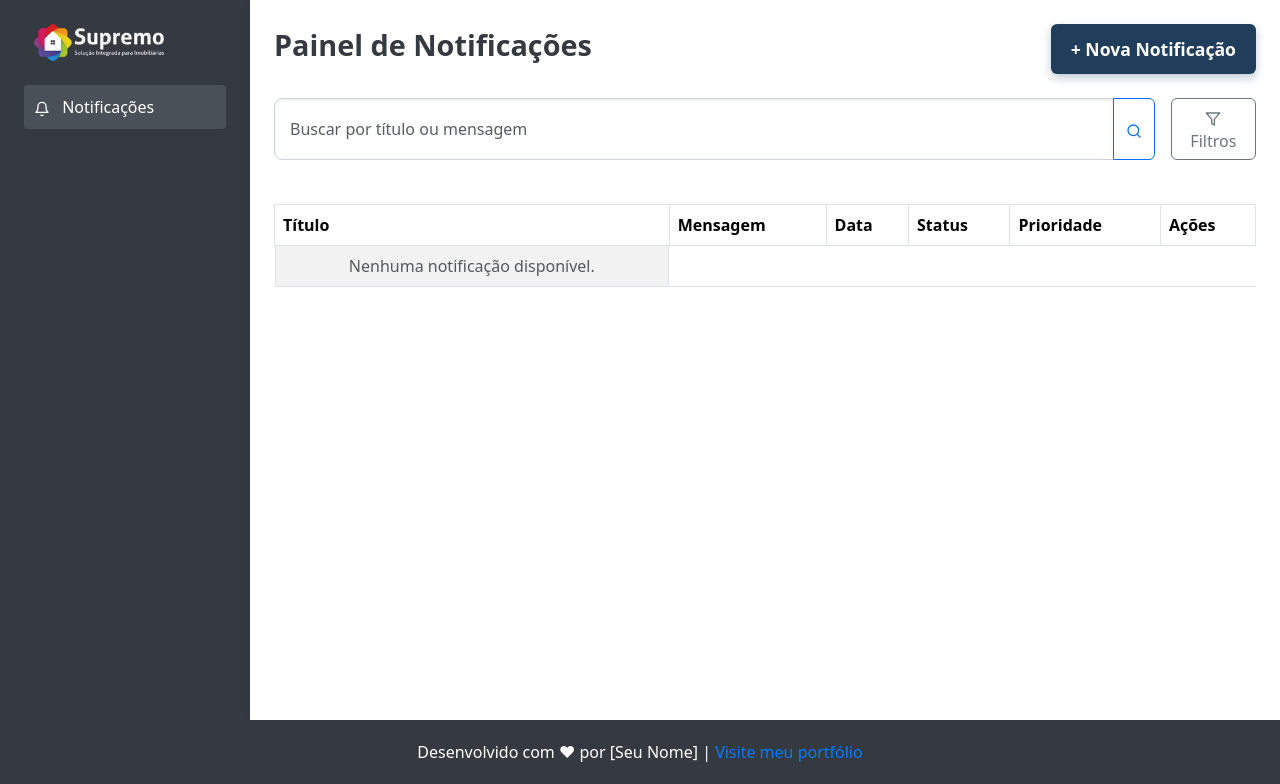
Repository: ryanmarinhodev/Supremo-teste-tecnico
Page: /notifications
The author's editor kept a copy of each file at every save. The page is drawn from the files as they stood at one save, then again after the next save.
The browser window is 1280 px wide. The pictures show the whole page.
The project was rebuilt for these pictures with package versions that can differ from the ones it lists, and the page was loaded fresh each time. Also part of the build but not shown: src/App.css, src/Components/Login/index.jsx.

Above is the page before, as saved 2024-11-07 19:49:42.

### src/App.js
import { BrowserRouter, Routes, Route } from "react-router-dom";
import "./App.css";
import Login from "./Components/Login";
import NotificationsPage from "./Components/Notifications/homeNotification";

const App = () => {
  return (
    <BrowserRouter>
      <Routes>
        <Route path="/" element={<Login />} />
        <Route path="/notifications" element={<NotificationsPage />} />
      </Routes>
    </BrowserRouter>
  );
};

export default App;

### src/Components/Notifications/homeNotification.jsx
import React, { useState } from "react";
import Menu from "./menu";
import Buscar from "./buscar";
import TabelaNotificacoes from "./tabelaNotificacoes";
import ModalNotificacao from "./modalNotificacao";
import Footer from "./footer";
import "./notification.css";
import { Button } from "react-bootstrap";

const HomeNotification = () => {
  const [notifications, setNotifications] = useState([]);
  const [showModal, setShowModal] = useState(false);
  const [search, setSearch] = useState("");
  const [currentNotification, setCurrentNotification] = useState({
    id: null,
    title: "",
    message: "",
    date: "",
    status: "Não Lida",
    priority: "Normal",
  });

  const getCurrentDate = () => {
    const today = new Date();
    return today.toISOString().split("T")[0];
  };

  const openModal = (
    notification = {
      title: "",
      message: "",
      date: getCurrentDate(),
      status: "Não Lida",
      priority: "Normal",
    }
  ) => {
    setCurrentNotification(notification);
    setShowModal(true);
  };

  const closeModal = () => {
    setShowModal(false);
    setCurrentNotification({
      id: null,
      title: "",
      message: "",
      date: getCurrentDate(),
      status: "Não Lida",
      priority: "Normal",
    });
  };

  const handleChange = (e) => {
    const { name, value } = e.target;
    setCurrentNotification((prev) => ({ ...prev, [name]: value }));
  };

  const handleSubmit = () => {
    if (currentNotification.id) {
      setNotifications((prev) =>
        prev.map((notif) =>
          notif.id === currentNotification.id ? currentNotification : notif
        )
      );
    } else {
      setNotifications((prev) => [
        ...prev,
        { ...currentNotification, id: Date.now() },
      ]);
    }
    closeModal();
  };

  const handleDelete = (id) => {
    setNotifications((prev) => prev.filter((notif) => notif.id !== id));
  };

  const markAsRead = (id) => {
    setNotifications((prev) =>
      prev.map((notif) =>
        notif.id === id ? { ...notif, status: "Lida" } : notif
      )
    );
  };

  const filteredNotifications = notifications.filter(
    (notif) =>
      notif.title.toLowerCase().includes(search.toLowerCase()) ||
      notif.message.toLowerCase().includes(search.toLowerCase())
  );
  return (
    <>
      <div className="dashboard-container d-flex">
        <Menu />
        <div className="content flex-grow-1 p-4">
          <header className="d-flex justify-content-between align-items-center mb-4">
            <h2 className="page-title">Painel de Notificações</h2>
            <Button variant="primary" onClick={() => openModal()}>
              + Nova Notificação
            </Button>
          </header>

          <Buscar search={search} setSearch={setSearch} />

          <TabelaNotificacoes
            notifications={filteredNotifications}
            openModal={openModal}
            handleDelete={handleDelete}
            markAsRead={markAsRead}
          />

          <ModalNotificacao
            showModal={showModal}
            closeModal={closeModal}
            currentNotification={currentNotification}
            handleChange={handleChange}
            handleSubmit={handleSubmit}
          />
        </div>
      </div>
      <Footer />
    </>
  );
};

export default HomeNotification;

### src/Components/Login/styles.css
:root {
    --primary-color: #203d5c;
    --secondary-color: #adb5bd;
    --hover-color: #182533;
    --background-overlay: rgba(0, 0, 0, 0.4);
    --box-shadow: 0 4px 10px rgba(47, 84, 122, 0.3);
}

.login-container {
    background: url('https://wallpapers.com/images/hd/4k-architecture-yellow-glass-building-6d7nbmyltxlyxxv8.jpg') no-repeat center center;
    background-size: cover;
    min-height: 100vh;
    padding: 20px;
    display: flex;
    align-items: center;
    justify-content: center;
    position: relative;
}

.login-container::before {
    content: '';
    position: absolute;
    top: 0;
    left: 0;
    right: 0;
    bottom: 0;
    background: var(--background-overlay);
    z-index: 1;
}

.login-card {
    width: 100%;
    max-width: 600px;
    background-color: #ffff;
    border-radius: 12px;
    box-shadow: var(--box-shadow);
    border: 1px solid rgba(0, 0, 0, 0.05);
    transition: transform 0.3s ease, box-shadow 0.3s ease;
    position: relative;
    z-index: 2;
    padding: 40px;
    animation: fadeIn 0.6s ease;
    align-items: center;
    text-align: center;
}

.login-card:hover {
    transform: translateY(-5px);
    box-shadow: 0 15px 40px rgba(0, 0, 0, 0.3);
}


.logo {
    width: 100px;
    height: auto;
    margin-bottom: 20px;
}

.text-center {
    display: flex;
    flex-direction: column;
    align-items: center;
}

.login-title {
    font-size: 2rem;
    font-weight: 700;
    color: #000;
    margin-top: 10px;
    margin-bottom: 10px;
    font-family: 'Poppins', sans-serif;
}

.title-underline {
    width: 60px;
    height: 4px;
    background-color: #495f75;
    margin: 0 auto 20px auto;
    border-radius: 2px;
}

.subtitle {
    font-size: 1rem;
    color: #e0e0e0;
    text-align: center;
    margin-bottom: 30px;
    font-weight: 400;
}


.form-control {
    border-radius: 8px;
    padding: 15px;
    font-size: 1rem;
    border: 1px solid #ced4da;
    box-shadow: inset 0 1px 3px rgba(0, 0, 0, 0.1);
    transition: border-color 0.3s ease, box-shadow 0.3s ease;
}

.form-control:focus {
    border-color: var(--primary-color);
    box-shadow: 0 0 0 0.2rem rgba(89, 124, 161, 0.25);
}

/* Botão de login com estilo profissional */
.btn-primary {
    background-color: var(--primary-color);
    border: none;
    font-size: 1.1rem;
    font-weight: 600;
    padding: 12px 20px;
    border-radius: 6px;
    transition: background-color 0.3s ease, transform 0.2s ease;
    box-shadow: var(--box-shadow);
}

.btn-primary:hover {
    background-color: var(--hover-color);
    transform: scale(1.03);
}

/* Link "Esqueci a senha" com estilo sutil */
.text-secondary {
    color: var(--secondary-color) !important;
    font-size: 0.9rem;
}

.text-secondary:hover {
    color: #000 !important;
    text-decoration: underline;
}

/* Altera a cor de fundo e da borda do checkbox quando marcado */
.form-check-input:checked {
    background-color: var(--hover-color);
    border-color: var(--secondary-color);
}

.form-check-input:focus {
    box-shadow: none;
}

/* Efeito de transição suave ao aparecer o card */
@keyframes fadeIn {
    from {
        opacity: 0;
        transform: scale(0.9);
    }
    to {
        opacity: 1;
        transform: scale(1);
    }
}

@media (max-width: 768px) {
    .login-card {
        max-width: 90%;
        padding: 20px;
        border-radius: 8px;
    }

    .login-title {
        font-size: 1.5rem;
    }

    .subtitle {
        font-size: 0.9rem;
    }

    .logo {
        width: 80px;
    }

    .form-control {
        padding: 10px;
        font-size: 0.9rem;
    }

    .btn-primary {
        font-size: 1rem;
        padding: 10px;
    }

    .title-underline {
        width: 50px;
        height: 3px;
    }
}

### src/Components/Notifications/menu.jsx
import React from "react";
import { FiBell } from "react-icons/fi";
import Logo from "../../assets/logo-supremo-branco.png";

const Sidebar = () => (
  <aside className="sidebar p-4">
    <img src={Logo} alt="Logotipo Supremo" className="logo" />
    <ul className="nav flex-column mt-4">
      <li className="nav-item mb-2">
        <a href="/notifications" className="nav-link active">
          <FiBell className="me-2" /> Notificações
        </a>
      </li>
    </ul>
  </aside>
);

export default Sidebar;

### src/Components/Notifications/buscar.jsx
import React from "react";
import { InputGroup, FormControl, Button } from "react-bootstrap";
import { FiSearch, FiFilter } from "react-icons/fi";

const BarraBusca = ({ search, setSearch }) => (
  <div className="d-flex mb-4">
    <InputGroup className="me-2">
      <FormControl
        placeholder="Buscar por título ou mensagem"
        value={search}
        onChange={(e) => setSearch(e.target.value)}
      />
      <Button variant="outline-primary">
        <FiSearch />
      </Button>
    </InputGroup>
    <Button variant="outline-secondary" className="ms-2">
      <FiFilter /> Filtros
    </Button>
  </div>
);

export default BarraBusca;

### src/Components/Notifications/tabelaNotificacoes.jsx
import React from "react";
import { Table, Button, Badge } from "react-bootstrap";
import { FiEdit, FiTrash2, FiCheckCircle } from "react-icons/fi";

const TabelaNotificacoes = ({
  notifications,
  openModal,
  handleDelete,
  markAsRead,
}) => (
  <Table striped bordered hover responsive>
    <thead>
      <tr>
        <th>Título</th>
        <th>Mensagem</th>
        <th>Data</th>
        <th>Status</th>
        <th>Prioridade</th>
        <th>Ações</th>
      </tr>
    </thead>
    <tbody>
      {notifications.length > 0 ? (
        notifications.map((notification) => (
          <tr key={notification.id}>
            <td>{notification.title}</td>
            <td>{notification.message}</td>
            <td>{notification.date}</td>
            <td>
              <Badge
                bg={notification.status === "Não Lida" ? "warning" : "success"}
              >
                {notification.status}
              </Badge>
            </td>
            <td>
              <Badge bg={notification.priority === "Alta" ? "danger" : "info"}>
                {notification.priority}
              </Badge>
            </td>
            <td>
              <Button
                variant="outline-secondary"
                size="sm"
                className="me-2"
                onClick={() => openModal(notification)}
              >
                <FiEdit /> Editar
              </Button>
              <Button
                variant="outline-danger"
                size="sm"
                onClick={() => handleDelete(notification.id)}
              >
                <FiTrash2 /> Excluir
              </Button>
              {notification.status === "Não Lida" && (
                <Button
                  variant="outline-success"
                  size="sm"
                  className="ms-2"
                  onClick={() => markAsRead(notification.id)}
                >
                  <FiCheckCircle /> Marcar como Lida
                </Button>
              )}
            </td>
          </tr>
        ))
      ) : (
        <tr>
          <td colSpan="6" className="text-center text-muted">
            Nenhuma notificação disponível.
          </td>
        </tr>
      )}
    </tbody>
  </Table>
);

export default TabelaNotificacoes;

### src/Components/Notifications/modalNotificacao.jsx
import React from "react";
import { Modal, Button, Form } from "react-bootstrap";

const ModalNotificacao = ({
  showModal,
  closeModal,
  currentNotification,
  handleChange,
  handleSubmit,
}) => {
  return (
    <Modal show={showModal} onHide={closeModal}>
      <Modal.Header closeButton>
        <Modal.Title>
          {currentNotification.id
            ? "Editar Notificação"
            : "Cadastrar Notificação"}
        </Modal.Title>
      </Modal.Header>
      <Modal.Body>
        <Form>
          <Form.Group className="mb-3">
            <Form.Label>Título</Form.Label>
            <Form.Control
              type="text"
              placeholder="Título da Notificação"
              name="title"
              value={currentNotification.title}
              onChange={handleChange}
            />
          </Form.Group>
          <Form.Group className="mb-3">
            <Form.Label>Mensagem</Form.Label>
            <Form.Control
              as="textarea"
              rows={3}
              placeholder="Mensagem da Notificação"
              name="message"
              value={currentNotification.message}
              onChange={handleChange}
            />
          </Form.Group>
          <Form.Group className="mb-3">
            <Form.Label>Data de Envio</Form.Label>
            <Form.Control
              type="date"
              name="date"
              value={currentNotification.date}
              onChange={handleChange}
            />
          </Form.Group>
          <Form.Group className="mb-3">
            <Form.Label>Prioridade</Form.Label>
            <Form.Select
              name="priority"
              value={currentNotification.priority}
              onChange={handleChange}
            >
              <option value="Normal">Normal</option>
              <option value="Alta">Alta</option>
            </Form.Select>
          </Form.Group>
        </Form>
      </Modal.Body>
      <Modal.Footer>
        <Button variant="secondary" onClick={closeModal}>
          Cancelar
        </Button>
        <Button variant="primary" onClick={handleSubmit}>
          {currentNotification.id ? "Salvar Alterações" : "Cadastrar"}
        </Button>
      </Modal.Footer>
    </Modal>
  );
};

export default ModalNotificacao;

### src/Components/Notifications/footer.jsx
import React from "react";
import "./notification.css"; // Certifique-se de criar este arquivo para estilos

const Footer = () => {
  const portfolioLink = "https://portfolio-ryann.netlify.app/";

  return (
    <footer className="footer">
      <div className="footer-content">
        <p>
          Desenvolvido com ♥ por [Seu Nome] |{" "}
          <a href={portfolioLink} target="_blank" rel="noopener noreferrer">
            Visite meu portfólio
          </a>
        </p>
      </div>
    </footer>
  );
};

export default Footer;

### src/Components/Notifications/notification.css
.dashboard-container {
    display: flex;
    min-height: 100vh;
    background-color: #f8f9fa;
  }

  .sidebar {
    width: 250px;
    background-color: #343a40;
    color: #fff;
    height: 100vh;
  }

.logo {
    width: 130px;
    display: flex;
    margin-left: 10px;
}

  .sidebar h4 {
    font-size: 1.4rem;
    font-weight: bold;
    color: #fff;
  }

  .sidebar .nav-link {
    color: #ced4da;
    padding: 10px;
    font-weight: 500;
  }

  .sidebar .nav-link:hover,
  .sidebar .nav-link.active {
    background-color: #495057;
    color: #fff;
    border-radius: 4px;
  }

  .content {
    flex-grow: 1;
    padding: 20px 40px;
    background-color: #ffffff;
    box-shadow: 0px 0px 10px rgba(0, 0, 0, 0.1);
  }

  .page-title {
    font-size: 1.8rem;
    font-weight: bold;
    color: #343a40;
  }

  .table {
    margin-top: 20px;
  }

  button {
    transition: background-color 0.3s ease, box-shadow 0.2s ease;
  }

  button:hover {
    box-shadow: 0px 4px 8px rgba(0, 0, 0, 0.15);
  }


  /* Responsividade: Oculta a sidebar e ajusta o conteúdo em telas menores */
@media (max-width: 768px) {
  .sidebar {
    width: 100%;
    height: auto;
    transform: translateX(-100%);
    position: absolute;
    top: 0;
    left: 0;
  }

  .sidebar.active {
    transform: translateX(0);
  }

  .content {
    margin-left: 0;
    padding: 20px;
  }
}

/* Botão de alternância da sidebar */
.sidebar-toggle {
  display: none;
}

@media (max-width: 768px) {
  .sidebar-toggle {
    display: block;
    background-color: #343a40;
    color: #fff;
    position: fixed;
    top: 10px;
    left: 10px;
    z-index: 1100;
  }
}

.page-title {
  font-size: 1.8rem;
  font-weight: bold;
  color: #343a40;
}

/* Ajuste da fonte do título em telas pequenas */
@media (max-width: 768px) {
  .page-title {
    font-size: 1.5rem;
  }
}

/* Barra de busca e botão */
.button-container {
  display: flex;
  justify-content: space-between;
  align-items: center;
  margin-bottom: 20px;
}

/* Estilo para a tabela */
.table {
  margin-top: 20px;
}

button {
  transition: background-color 0.3s ease, box-shadow 0.2s ease;
}

button:hover {
  box-shadow: 0px 4px 8px rgba(0, 0, 0, 0.15);
}


@media (max-width: 768px) {
    .sidebar {
      width: 100%;
      height: auto;
      transform: translateX(-100%);
      position: absolute;
      top: 0;
      left: 0;
    }

    .sidebar.active {
      transform: translateX(0);
    }

    .content {
      margin-left: 0;
      padding: 20px;
    }
  }

  .sidebar-toggle {
    display: none;
  }

  @media (max-width: 768px) {
    .sidebar-toggle {
      display: block;
      background-color: #343a40;
      color: #fff;
      position: fixed;
      top: 10px;
      left: 10px;
      z-index: 1100;
    }
  }

  .page-title {
    font-size: 1.8rem;
    font-weight: bold;
    color: #343a40;
  }

  @media (max-width: 768px) {
    .page-title {
      font-size: 1.5rem;
    }
  }

  .button-container {
    display: flex;
    justify-content: space-between;
    align-items: center;
    margin-bottom: 20px;
  }

  /* Estilo para a tabela */
  .table {
    margin-top: 20px;
  }

  button {
    transition: background-color 0.3s ease, box-shadow 0.2s ease;
  }

  button:hover {
    box-shadow: 0px 4px 8px rgba(0, 0, 0, 0.15);
  }

  .footer {
    background-color: #343a40; /* Cor de fundo escura */
    color: white; /* Texto branco */
    text-align: center; /* Centraliza o texto */
    padding: 20px 0; /* Espaçamento em cima e embaixo */
    position: relative; /* Para posicionamento */
    bottom: 0; /* Fica fixo na parte inferior da página */
    width: 100%; /* Largura total */
  }

  .footer-content p {
    margin: 0; /* Remove margem padrão */
  }

  .footer-content a {
    color: #007bff; /* Cor do link */
    text-decoration: none; /* Remove sublinhado */
  }

  .footer-content a:hover {
    text-decoration: underline; /* Sublinha o link ao passar o mouse */
  }

Loaded but not shown: public/index.html (common file); src/index.js (common file); src/index.css (common file); src/reportWebVitals.js (common file)

After the next save:
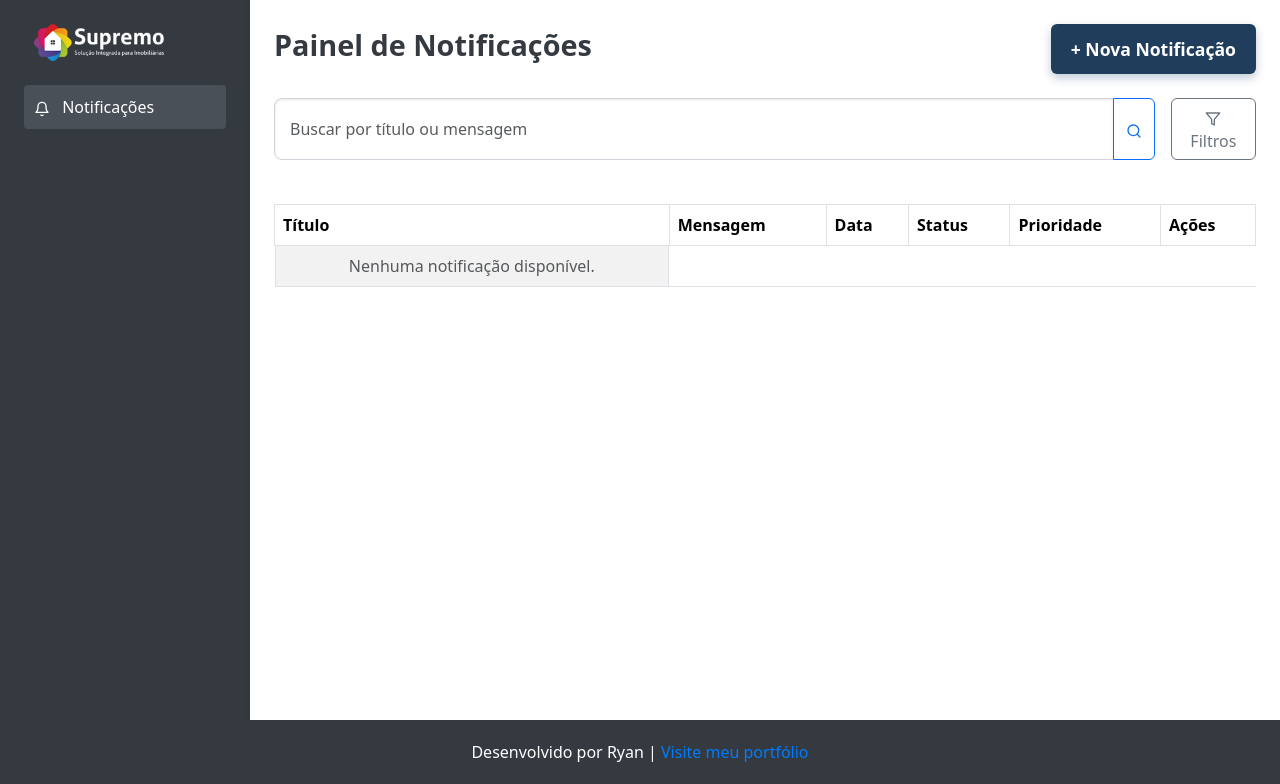
Saved 35 s later.
--- a/src/Components/Notifications/footer.jsx
+++ b/src/Components/Notifications/footer.jsx
@@ -8,7 +8,7 @@ const Footer = () => {
     <footer className="footer">
       <div className="footer-content">
         <p>
-          Desenvolvido com ♥ por [Seu Nome] |{" "}
+          Desenvolvido por Ryan |{" "}
           <a href={portfolioLink} target="_blank" rel="noopener noreferrer">
             Visite meu portfólio
           </a>
